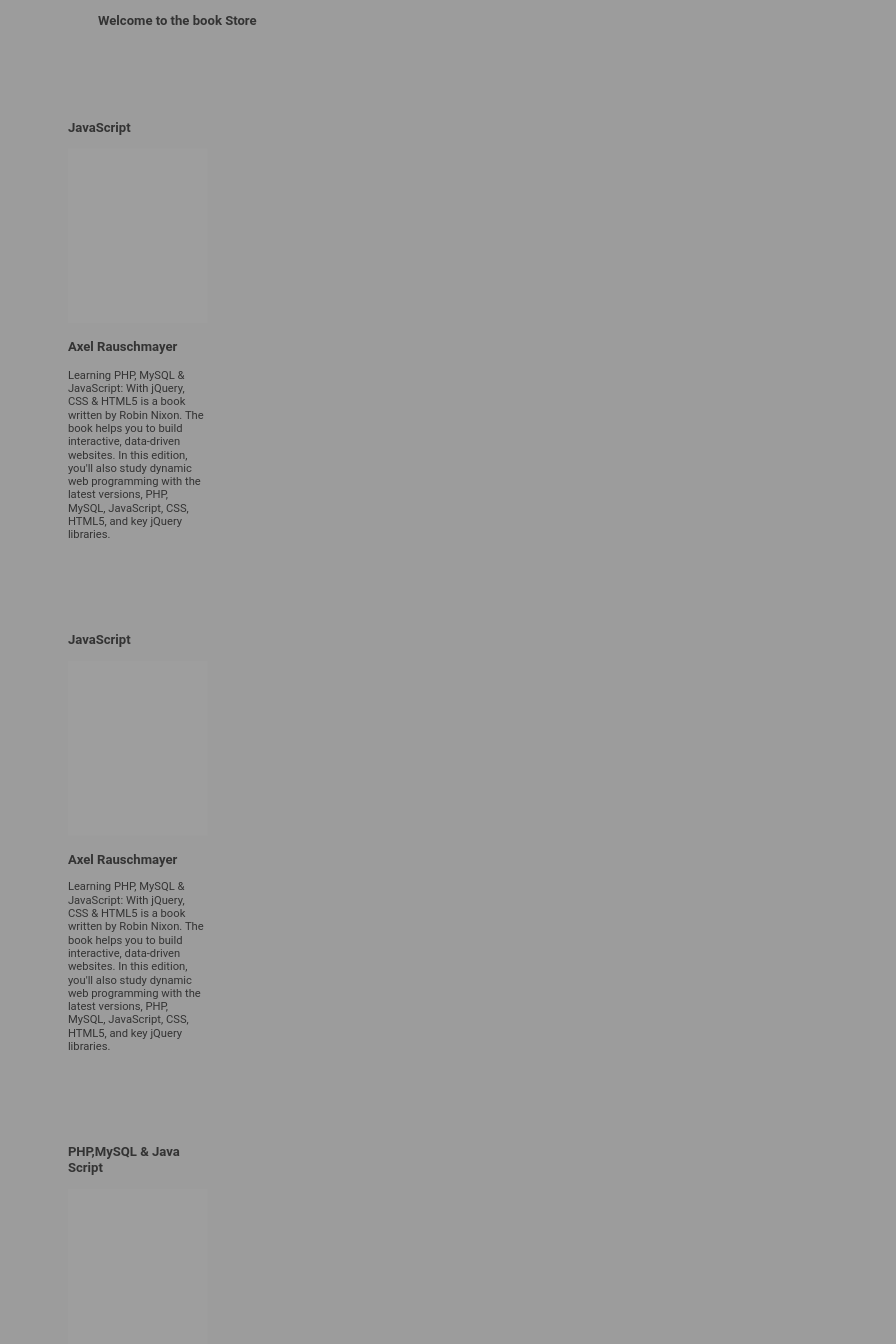
Repository: Axe33ile/React_JS
Page: / (app in book/)
These files come from the project's save history. The page is drawn as it stood at one moment and after the next save; the edit follows.
The browser window is 1280 px wide. The pictures show the part of the page from y = 0 to 1920 px (the page is 3078 px tall before and 2559 px after), at 70% of full size.
Pictures or frames that could not be fetched are drawn as grey boxes. The project was rebuilt for these pictures with package versions that can differ from the ones it lists, and the page was loaded fresh each time.

Above is the page before, as saved 2021-04-24 00:29:20.

After the next save:
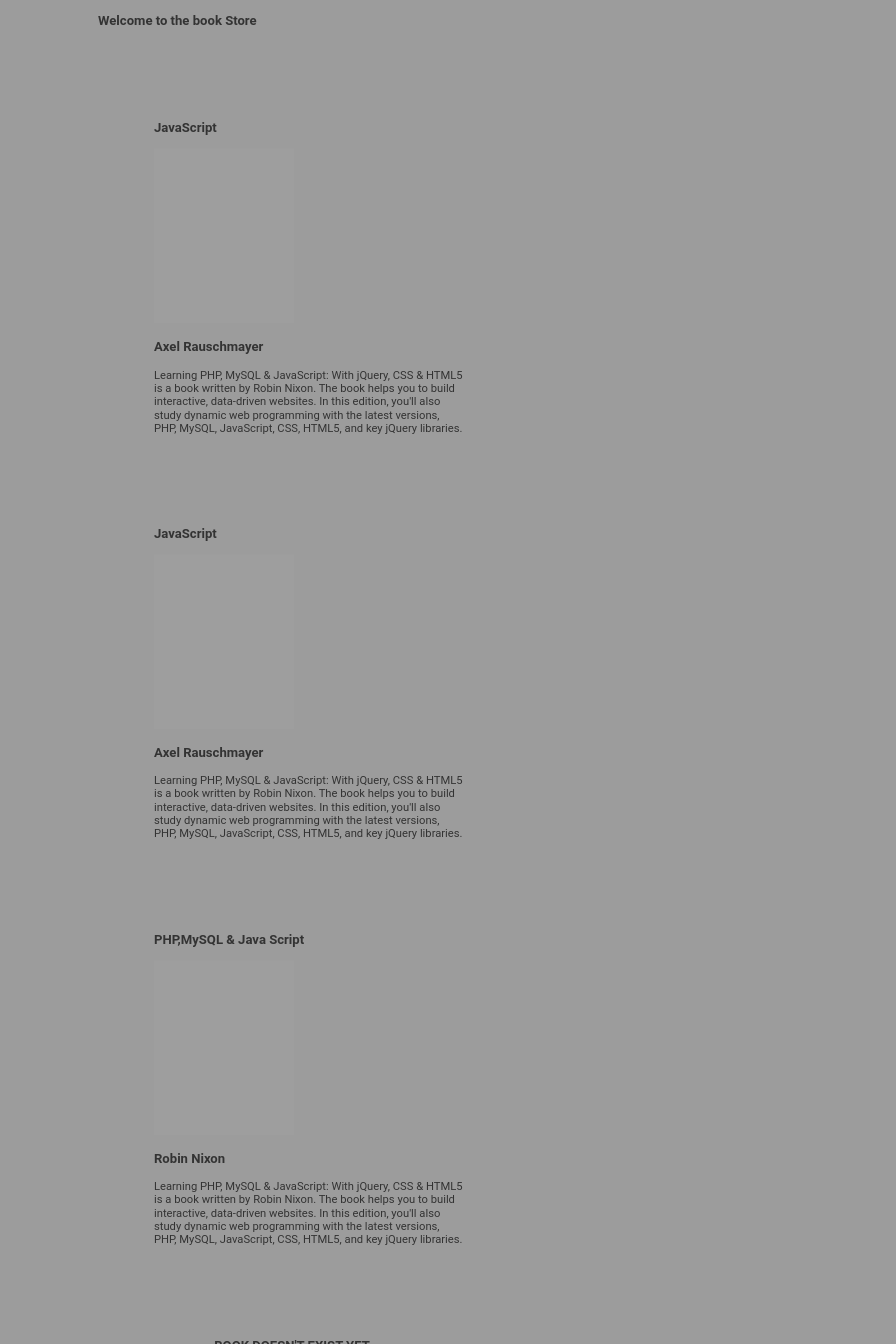
Saved 7 s later.
--- a/book/src/index.css
+++ b/book/src/index.css
@@ -52,7 +52,7 @@ footer {
   justify-content: center;
   padding: 2rem 0;
   margin:2rem;
-  width:50px;
+  width:540px;
 }
 
 .book {
